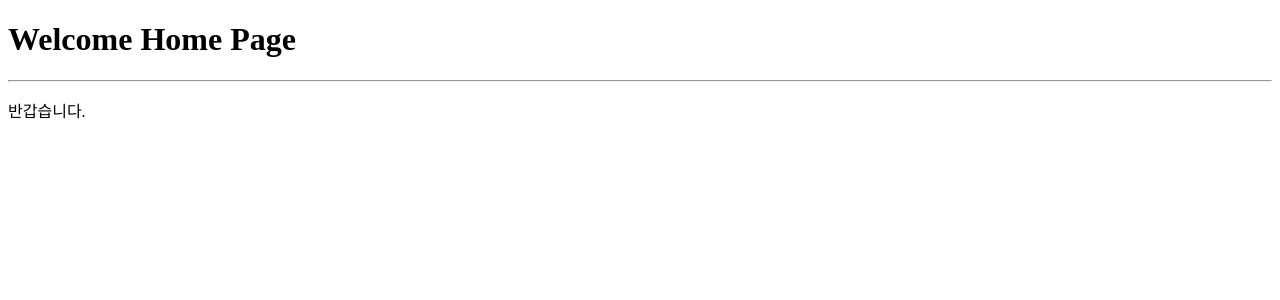
Repository: ghkden55/Green2
Page: http://localhost/test/home.jsp
These files come from the project's save history. The page is drawn as it stood at one moment and after the next save; the edit follows.
The browser window is 1280 px wide. The pictures show the whole page.
The page is served by Tomcat 9.

Above is the page before, as saved 2024-01-31 04:50:14.

After the next save:
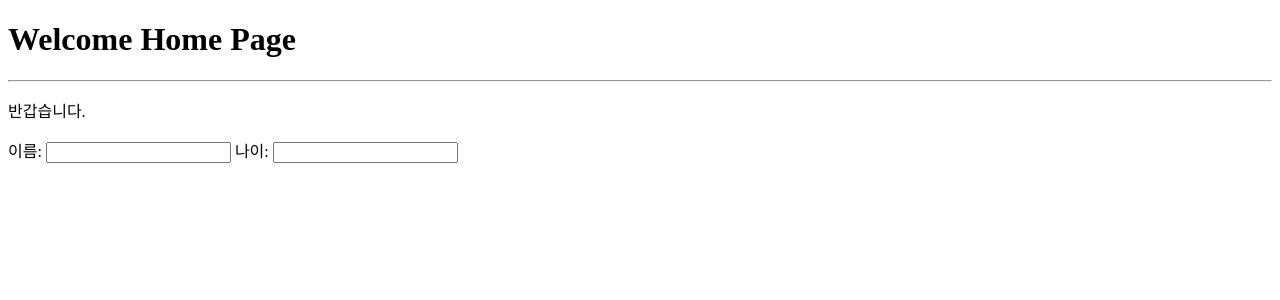
Saved 26 min 36 s later.
--- a/ws_jsp/test/src/main/webapp/home.jsp
+++ b/ws_jsp/test/src/main/webapp/home.jsp
@@ -12,5 +12,10 @@
 <div>
 <p>반갑습니다.</p>
 </div>
+
+이름:
+<input type="text">
+나이:
+<input type="text">
 </body>
 </html>
